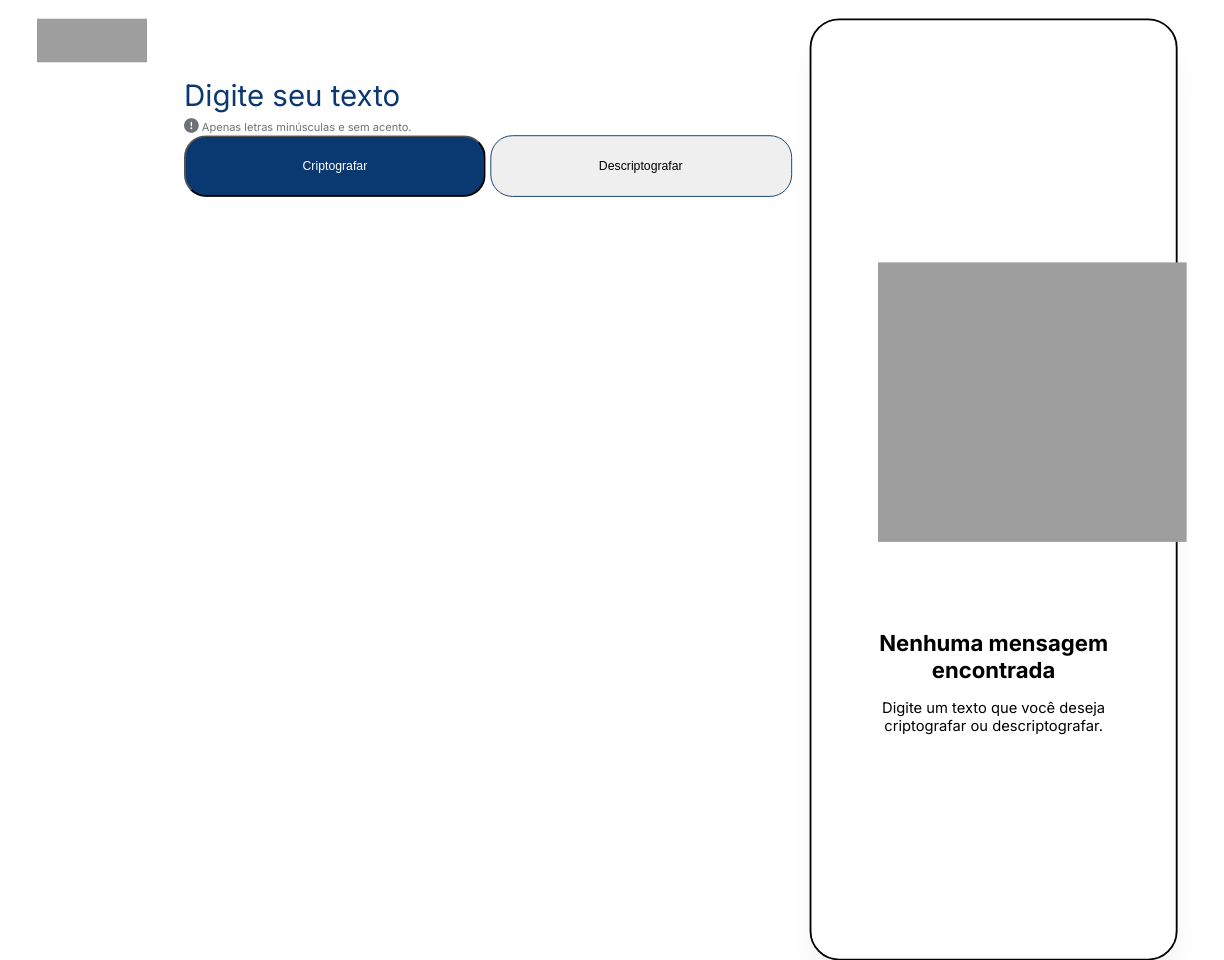
Repository: CarlosEduardoVdeOliveira/descodificador-de-texto
Page: index.html
These files come from the project's save history. The page is drawn as it stood at one moment and after the next save; the edit follows.
The browser window is 1280 px wide. The page is 1330 px wide, so the pictures cover 1330 px, including what lies to the right of the window. The pictures show the whole page, at 92% of full size.
Pictures or frames that could not be fetched are drawn as grey boxes.

Above is the page before, as saved 2023-04-11 21:58:51.

After the next save:
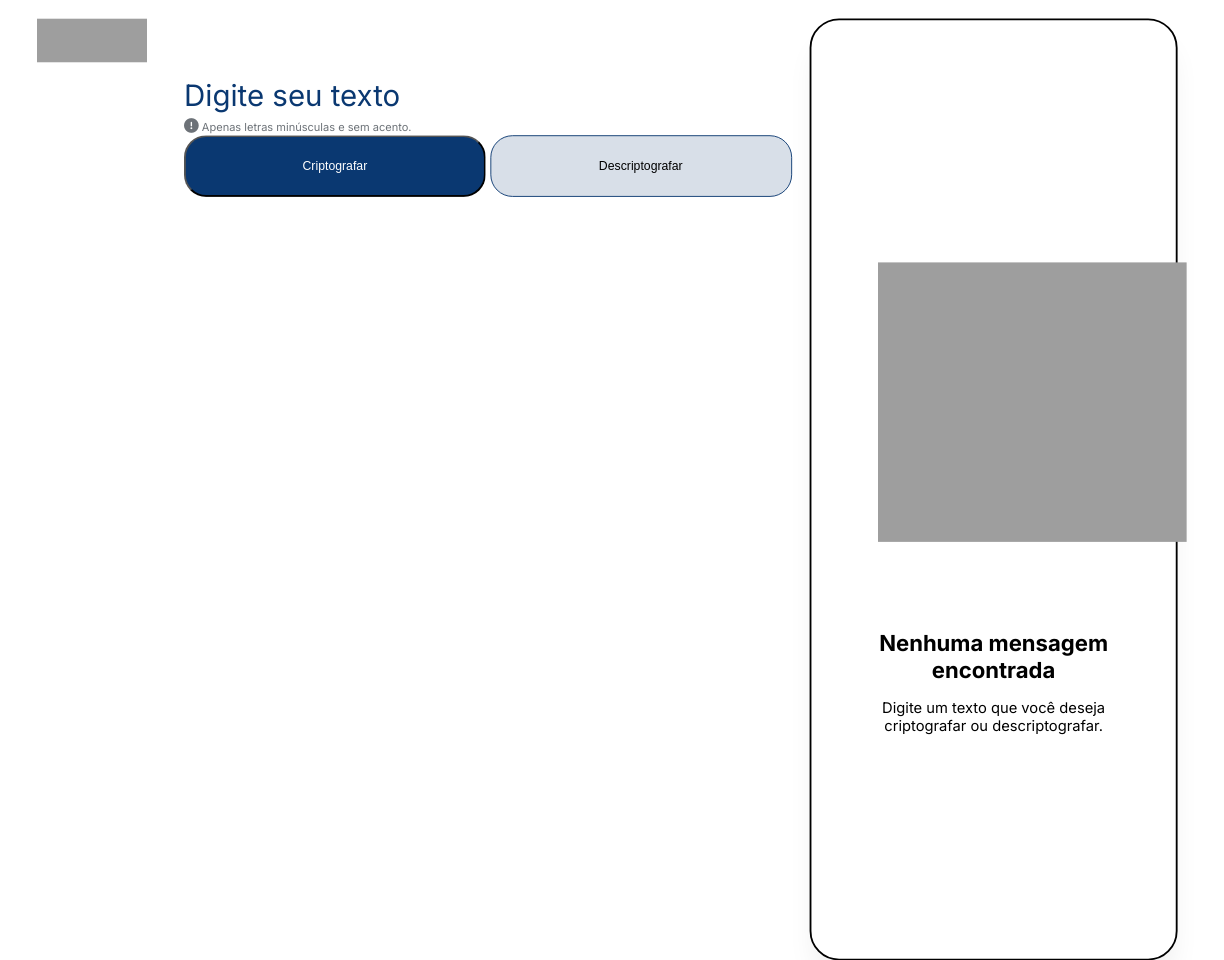
Saved 10 s later.
--- a/public/styles/index.css
+++ b/public/styles/index.css
@@ -64,7 +64,7 @@ button{
    color: #FFFFFF;
 }
 .button-decryption{
-   background: #;
+   background: var(--light-gray);
 /* Dark blue/dark-blue-300 */
 
    border: 1px solid var(--dark-blue-300);
